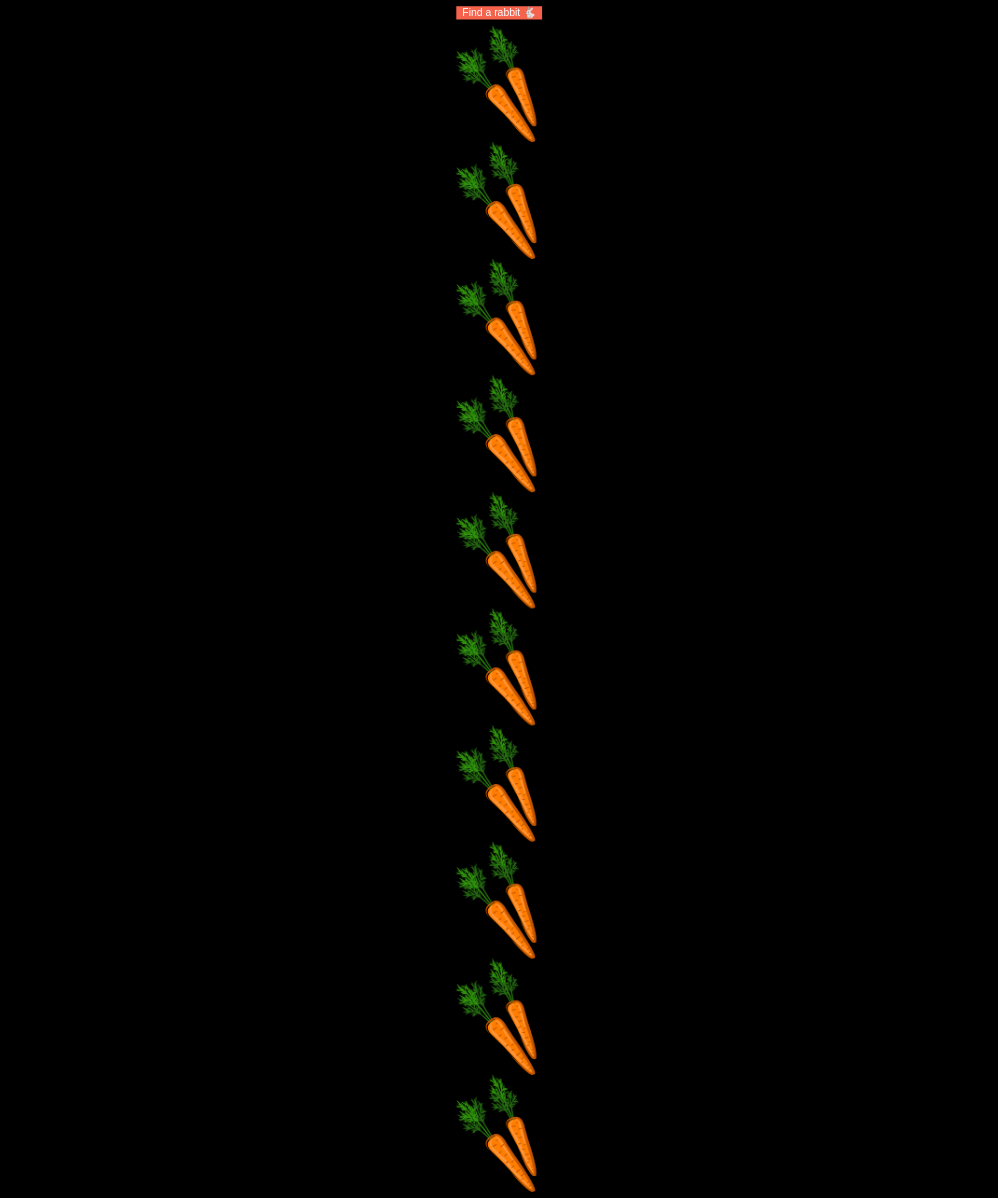
Repository: dhchun1203/browser-practice-works-
Page: rabbits/index.html
An editor plug-in stored every save of this project. The page is shown before and after the next save, followed by the edit.
The browser window is 1280 px wide. The pictures show the whole page, at 78% of full size.

Above is the page before, as saved 2021-01-04 12:11:24.

After the next save:
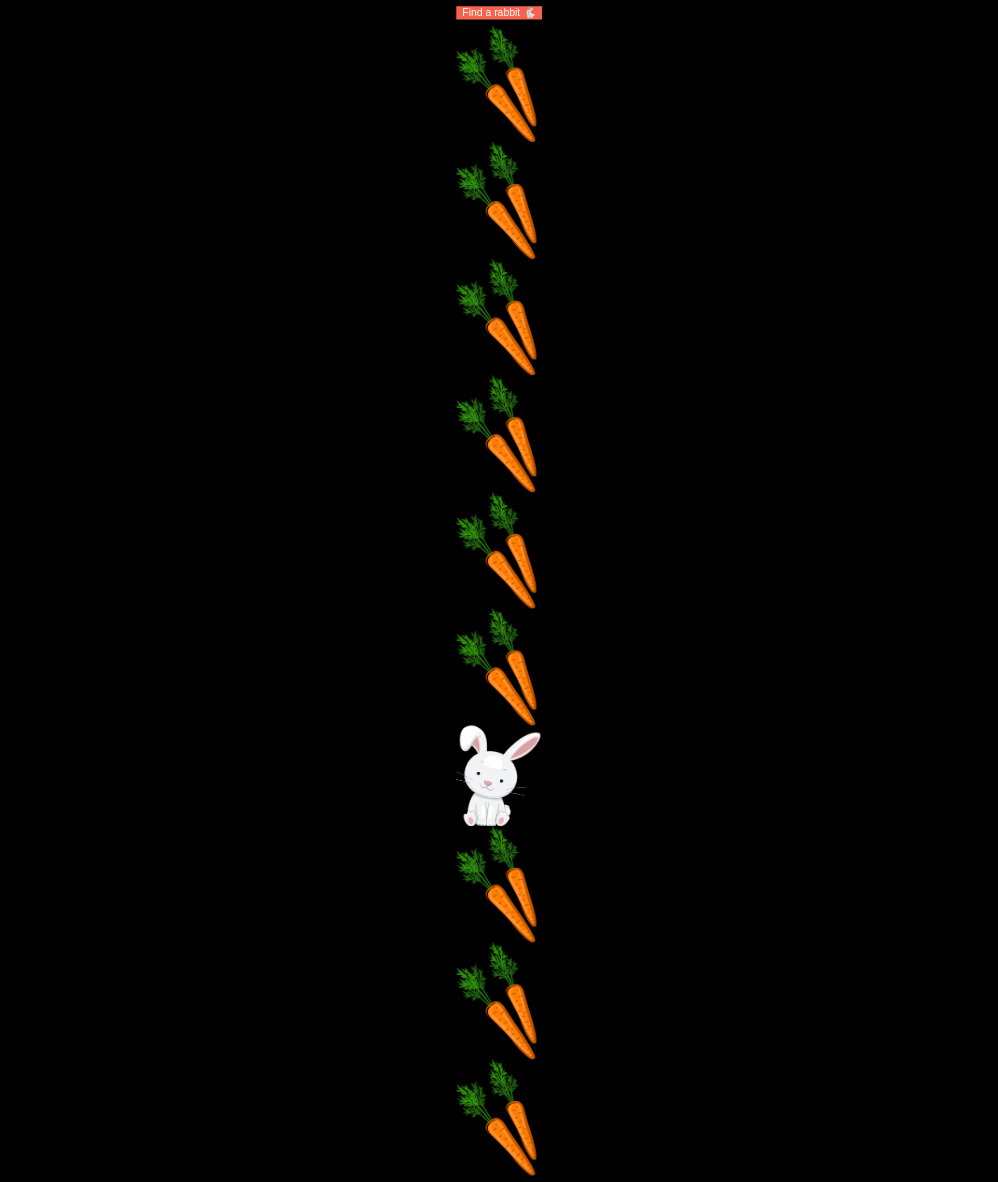
Saved 26 s later.
--- a/rabbits/index.html
+++ b/rabbits/index.html
@@ -31,7 +31,7 @@
 		<img src="img/carrot.png" alt="" />
 		<img src="img/carrot.png" alt="" />
 		<img src="img/carrot.png" alt="" />
-		<img src="img/carrot.png" alt="" />
+		<img src="img/rabbit.png" alt="" />
 		<img src="img/carrot.png" alt="" />
 		<img src="img/carrot.png" alt="" />
 		<img src="img/carrot.png" alt="" />
